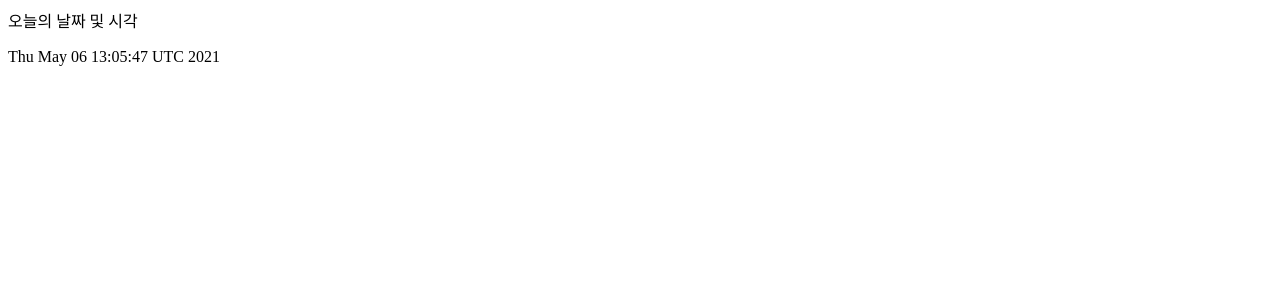
Repository: CheolHo-0428/JSP-Web-Programming
Page: http://localhost/JSPBook/ch04/useBean01.jsp
These files come from the project's save history. The page is drawn as it stood at one moment and after the next save; the edit follows.
The browser window is 1280 px wide. The pictures show the whole page.
The page is served by Tomcat 9.

Above is the page before, as saved 2021-05-09 04:19:18.

After the next save:
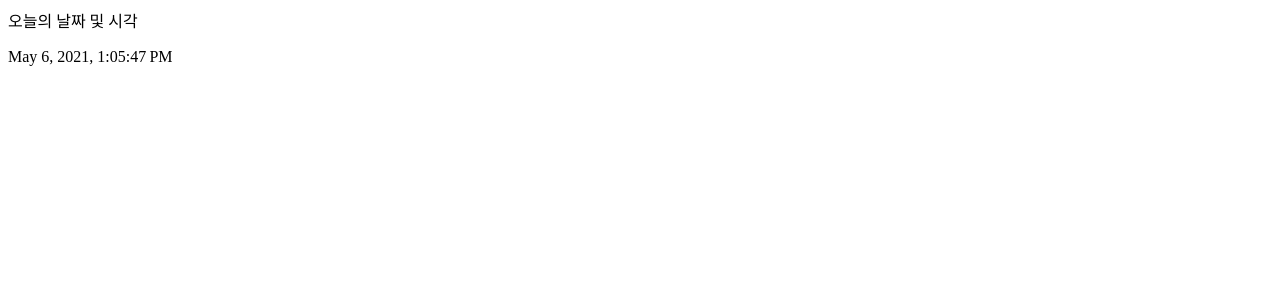
Saved 9 s later.
--- a/JSPBook/src/main/webapp/ch04/useBean01.jsp
+++ b/JSPBook/src/main/webapp/ch04/useBean01.jsp
@@ -12,6 +12,6 @@
 	<%
 		out.print("오늘의 날짜 및 시각");
 	%>
-	<p><%= date %></p>
+	<p><%= date.toLocaleString() %></p>
 </body>
 </html>
